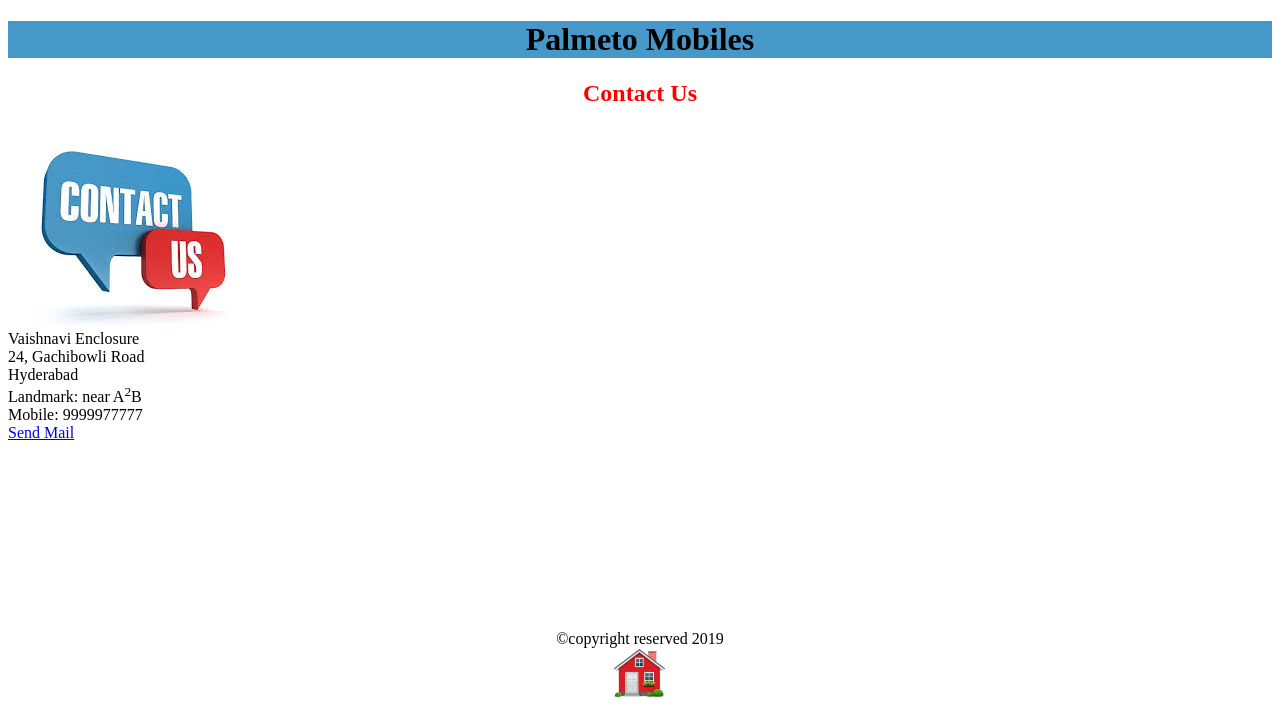
Repository: abhishekj720/HSBCLearn
Page: gagan/JEE/HtmlCssDemo/WebContent/contactus.html
An editor plug-in stored every save of this project. The page is shown before and after a run of saves, followed by the edit.
The browser window is 1280 px wide. The pictures show the whole page.

Above is the page before, as saved 2019-07-29 07:04:19.

### gagan/JEE/HtmlCssDemo/WebContent/contactus.html
<!DOCTYPE html>
<html>
<head>
<meta charset="UTF-8">
<title>Palmeto - Contact Us</title>
<link href="hsbc.css" rel= "stylesheet">
</head>
<body>

<header>
	<h1>Palmeto Mobiles</h1>
</header>

<article>
	<h2>Contact Us</h2>
	<div>
	<img src = "images/contactus.jpg"/><br/>
	<span >Vaishnavi Enclosure</span><br/>
	<span>24, Gachibowli Road</span><br/>
	<span>Hyderabad</span><br/>
	<span>Landmark: near A<sup>2</sup>B</span><br/>
	<span>Mobile: 9999977777</span><br/>
	<span><a href="mailto:hr@palmeto.com">Send Mail</a>  </span><br/>


	</div>
</article>
<footer>
	&copy;copyright reserved 2019<br/>
	<a href="home.html"><img src="images/home.jpg"/></a>
</footer>







</body>
</html>

### gagan/JEE/HtmlCssDemo/WebContent/hsbc.css
header, footer{
	text-align:center;
}
/* only for images under footer */

header{
	background-color: #4698c8
}

footer img{
	height:50px;
	width:70px;
}

/* so that footer is at bottom regardless of the content in middle of the page*/
article{
	min-height : 550px
}


article h2{
	text-align:center;
	color:Red;
}

After the next 2 saves:
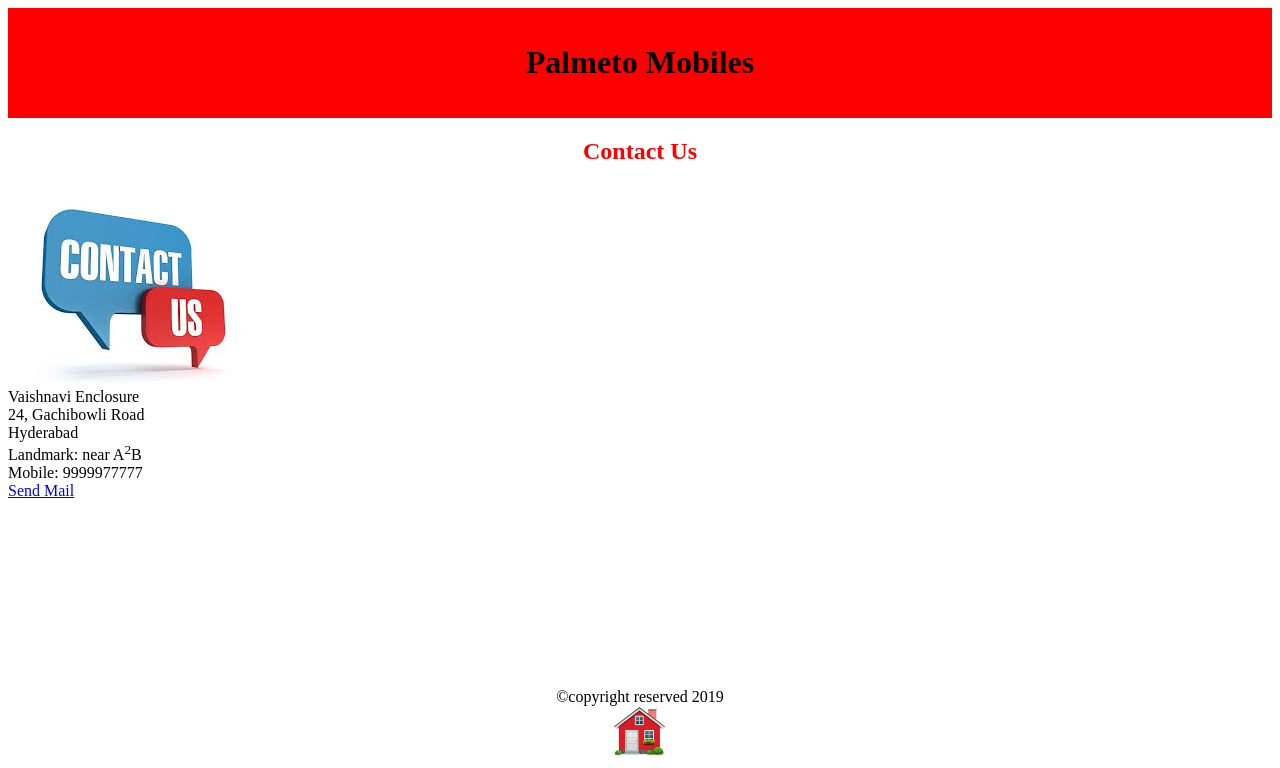
The 2 saves are shown as one change because they came seconds apart.
The last was saved 62 s later.
--- a/gagan/JEE/HtmlCssDemo/WebContent/hsbc.css
+++ b/gagan/JEE/HtmlCssDemo/WebContent/hsbc.css
@@ -4,8 +4,14 @@ header, footer{
 /* only for images under footer */
 
 header{
-	background-color: #4698c8
+	background-color: #4698c8;
 }
+
+header{
+	background-color: red;
+	padding:15px;
+}
+
 
 footer img{
 	height:50px;
